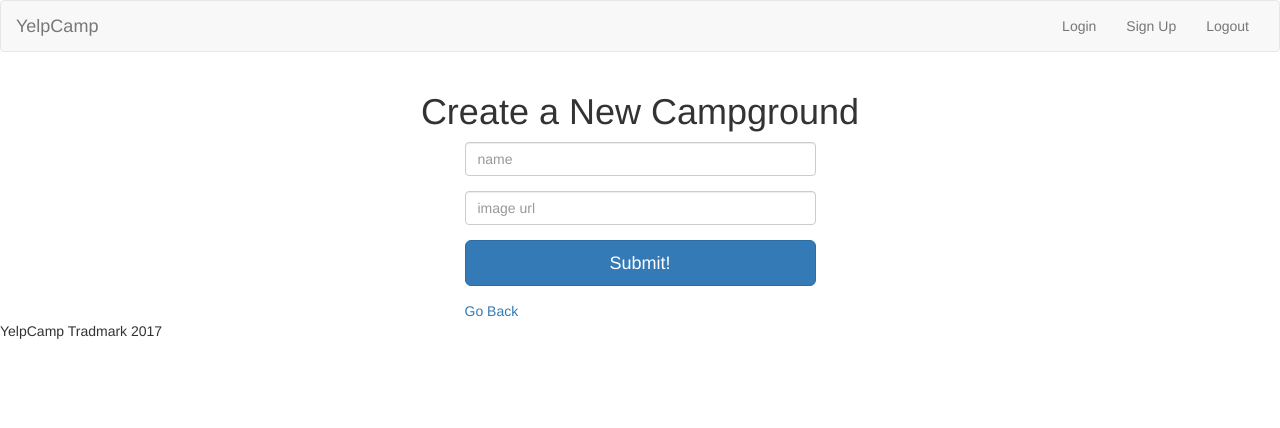
Repository: pruzic/webdevbootcamp
Page: http://localhost/campgrounds/new
The author's editor kept a record of every edit. The page is drawn from the files as they stood at one moment, then again after the next edit.
The browser window is 1280 px wide. The pictures show the whole page.
The page is served by the project's Node server (YelpCamp/v1/app.js).

Above is the page before.

### workspace/YelpCamp/v1/views/new.ejs
<% include partials/header %>

<div class="container">
    <div class="row">
        <h1 style="text-align: center">Create a New Campground</h1>
        <div style="width: 30%; margin: 0 auto; ">
            <form action="/campgrounds" method="POST">
                <div class="form-group">
                    <input class="form-control" type="text" name="name" placeholder="name">
                </div>
                <div class="form-group">
                    <input class="form-control" type="text" name="image" placeholder="image url">
                </div>
                <div class="form-group">
                    <button class="btn btn-lg btn-primary btn-block">Submit!</button>
                </div
            </form>
            <a href="/campgrounds">Go Back</a>
        </div>

    </div>
</div>
<% include partials/footer %>

### workspace/YelpCamp/v1/views/partials/header.ejs
<!DOCTYPE html>
<html>
<header>
    <title>YelpCamp</title>
   <link rel="stylesheet" href="https://maxcdn.bootstrapcdn.com/bootstrap/3.3.7/css/bootstrap.min.css">
</header>
<body>
    <nav class="navbar navbar-default">
        <div class="container-fluid">
            <div class="navbar-header">
                <a class="navbar-brand" href="/">YelpCamp</a>
            </div>
            <div class="collapse navbar-collapse">
                <ul class="nav navbar-nav navbar-right">
                    <li><a href="/">Login</a></li>
                    <li><a href="/">Sign Up</a></li>
                    <li><a href="/">Logout</a></li>
                </ul>
            </div>
        </div>
    </nav>

### workspace/YelpCamp/v1/views/partials/footer.ejs

<p>YelpCamp Tradmark 2017</p>

</body>
</html>

### workspace/YelpCamp/v1/app.js
var express = require("express");
var app = express();
var bodyParser = require("body-parser");
app.use(bodyParser.urlencoded({
    extended: true
}));

app.set("view engine", "ejs");

app.get("/", function(req, res) {
    res.render("landing");
});

var campGround = [{
    name: "Salmon Creek",
    image: "https://farm8.staticflickr.com/7252/7626464792_3e68c2a6a5.jpg"
}, {
    name: "Granit Hill",
    image: "https://farm6.staticflickr.com/5181/5641024448_04fefbb64d.jpg"
}, {
    name: "Mountain Goat's Rest",
    image: "https://farm4.staticflickr.com/3872/14435096036_39db8f04bc.jpg"
},
{
    name: "Salmon Creek",
    image: "https://farm8.staticflickr.com/7252/7626464792_3e68c2a6a5.jpg"
}, {
    name: "Granit Hill",
    image: "https://farm6.staticflickr.com/5181/5641024448_04fefbb64d.jpg"
}, {
    name: "Mountain Goat's Rest",
    image: "https://farm4.staticflickr.com/3872/14435096036_39db8f04bc.jpg"
}];

app.get("/campgrounds", function(req, res) {
    res.render("campgrounds", {
        campgrounds: campGround
    });
});

app.post("/campgrounds", function(req, res) {
    var name = req.body.name;
    var image = req.body.image;

    var newCampgrounds = {
        name: name,
        image: image
    };
    campGround.push(newCampgrounds);

    //Redirect back to get campgrounds page.
    res.redirect("/campgrounds");
});

app.get("/campgrounds/new", function(req, res) {
    res.render("new.ejs");
});

app.listen(process.env.PORT, process.env.IP, function() {
    console.log("The YelpCamp Server Has Started!");
});

After the next edit:
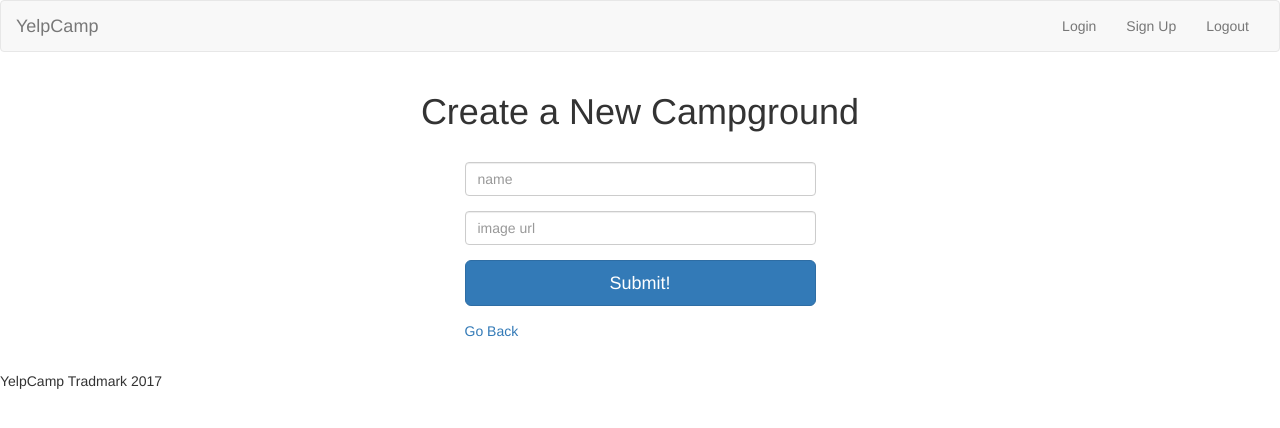
The edit:
--- a/workspace/YelpCamp/v1/views/new.ejs
+++ b/workspace/YelpCamp/v1/views/new.ejs
@@ -3,7 +3,7 @@
 <div class="container">
     <div class="row">
         <h1 style="text-align: center">Create a New Campground</h1>
-        <div style="width: 30%; margin: 0 auto; ">
+        <div style="width: 30%; margin: 30px auto; ">
             <form action="/campgrounds" method="POST">
                 <div class="form-group">
                     <input class="form-control" type="text" name="name" placeholder="name">
